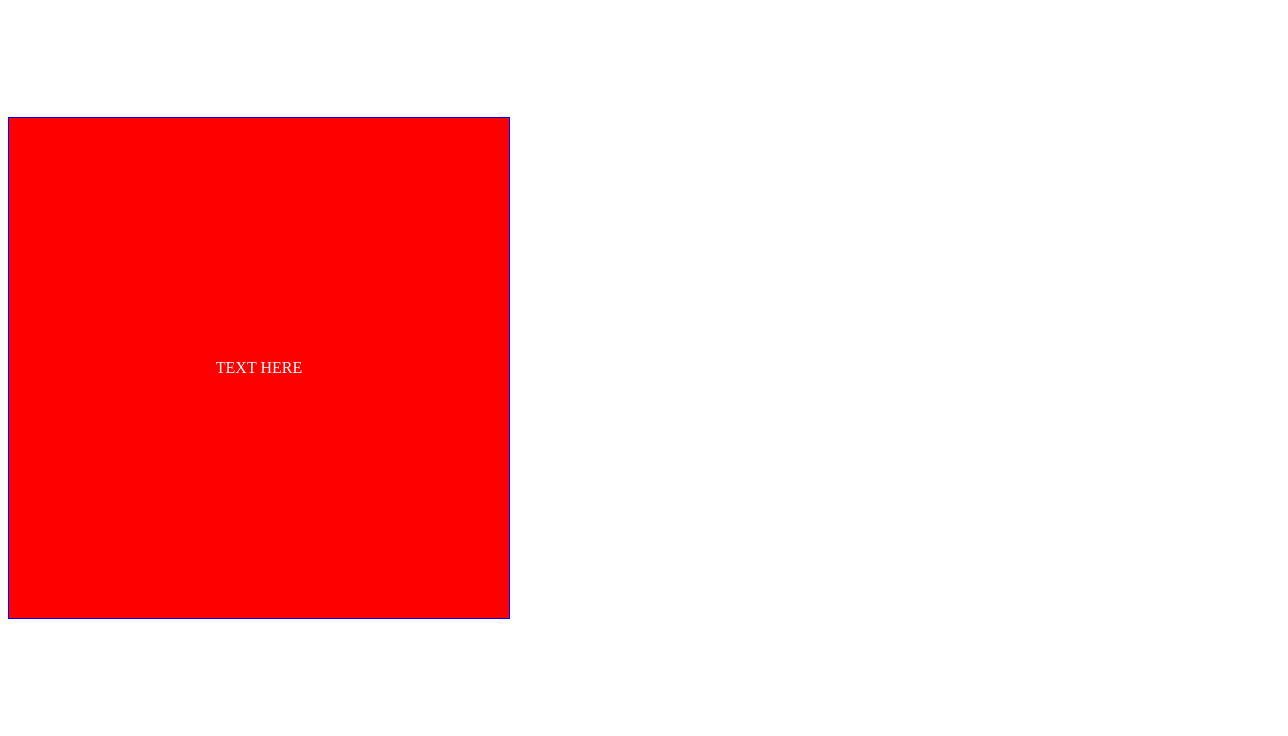
Repository: piyushiso/piyushiso.github.io
Page: random/daynight/index.html
The author's editor kept a copy of each file at every save. The page is drawn from the files as they stood at one save, then again after the next save.
The browser window is 1280 px wide. The page is 1288 px wide, so the pictures cover 1288 px, including what lies to the right of the window. The pictures show the whole page.

Above is the page before, as saved 2022-05-23 16:01:05.

After the next save:
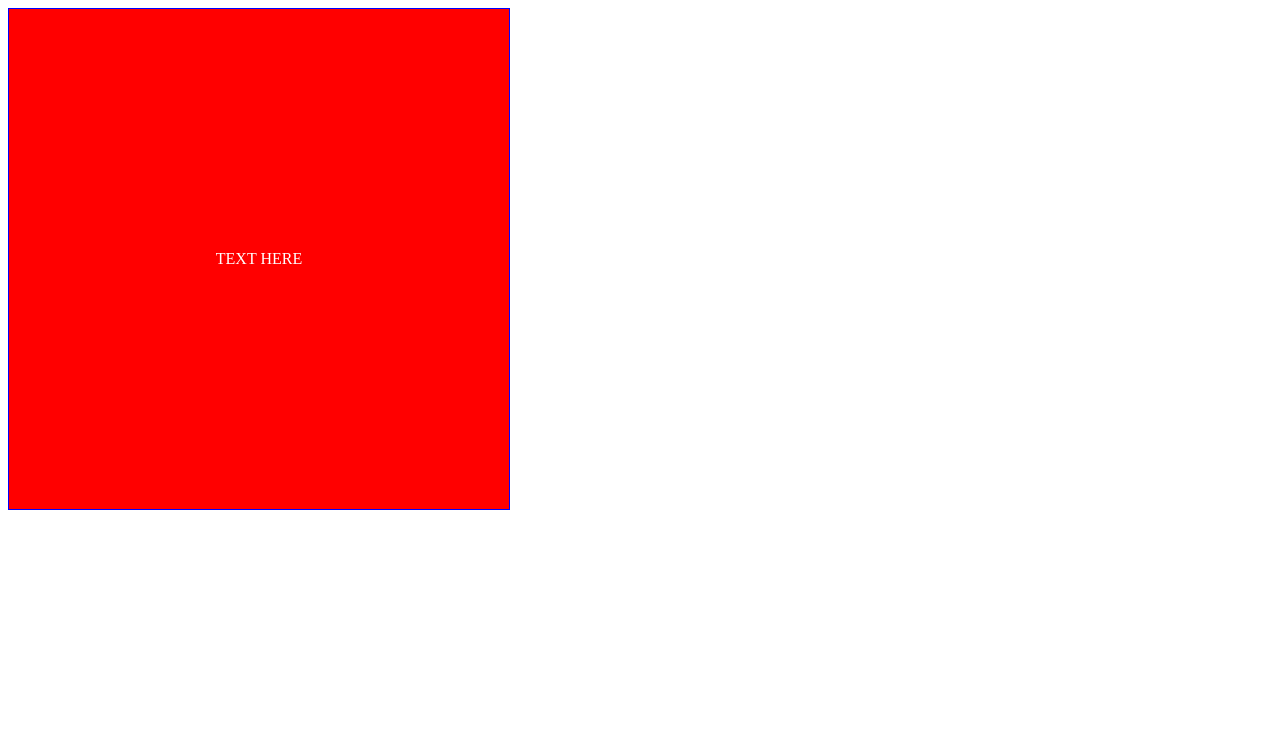
Saved 10 s later.
--- a/random/daynight/styles/style.css
+++ b/random/daynight/styles/style.css
@@ -2,12 +2,6 @@
     height: 100%;
     width: 100%;
     overflow: hidden;
-    display: flex;
-
-    align-items: center;
-    align-self: center;
-    align-content: center;
-    text-align: center;
 }
 
 body div{
